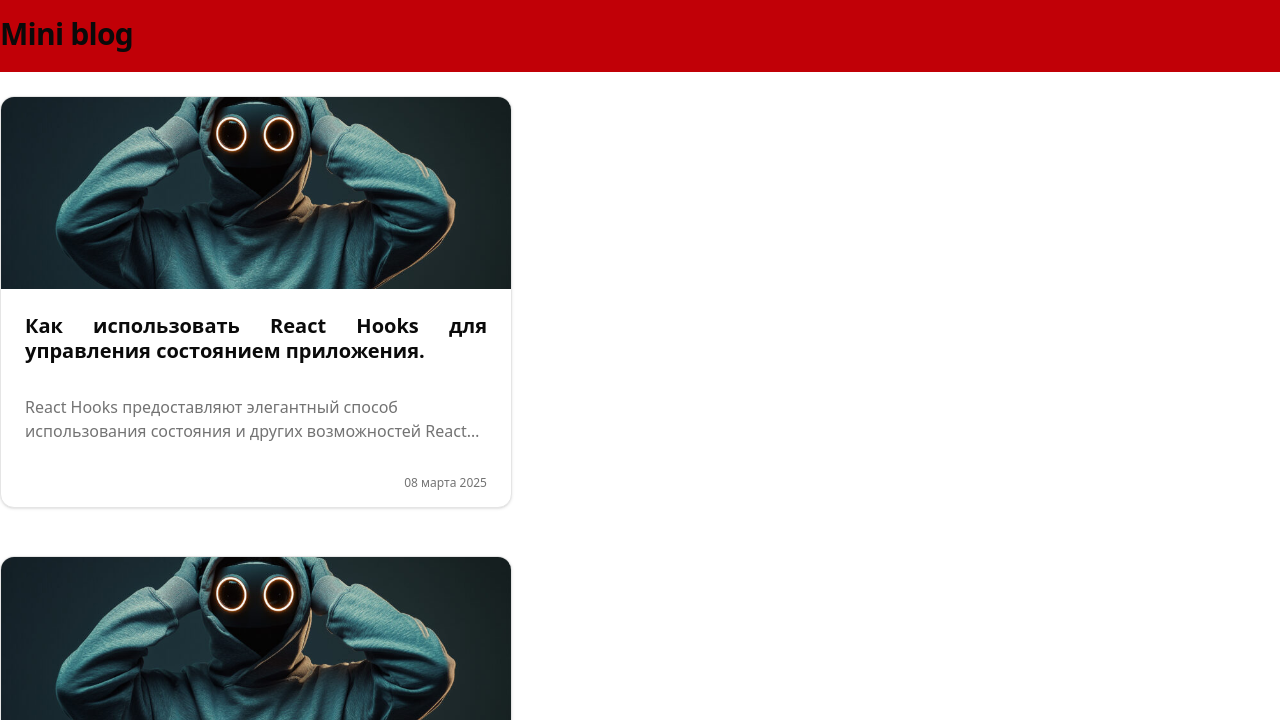
Repository: maxempolk/Telegram-channel
Page: /
These files come from the project's save history. The page is drawn as it stood at one moment and after the next save; the edit follows.
The browser window is 1280 px wide. The pictures show the whole page.
An inner scrolling area shows only its first screen. The project was rebuilt for these pictures with package versions that can differ from the ones it lists, and the page was loaded fresh each time. The framework's server and built-in components were replaced by stand-ins that run in the browser. Also part of the build but not shown: next.config.ts.

Above is the page before, as saved 2025-03-08 02:14:49.

### src/app/layout.tsx
import type { Metadata } from 'next';
import { Geist, Geist_Mono } from 'next/font/google';
import './globals.css';
import Header from '@/components/header/Header';
import Footer from '@/components/footer/Footer';

const geistSans = Geist({
  variable: '--font-geist-sans',
  subsets: ['latin'],
});

const geistMono = Geist_Mono({
  variable: '--font-geist-mono',
  subsets: ['latin'],
});

export const metadata: Metadata = {
  title: 'Create Next App',
  description: 'Generated by create next app',
};

export default function RootLayout({
  children,
}: Readonly<{
  children: React.ReactNode;
}>) {
  return (
    <html lang="en">
      <body className={`${geistSans.variable} ${geistMono.variable} antialiased`}>
        <div className="flex flex-col w-full h-screen overflow-x-hidden">
          <Header />
          <main className="container mx-auto py-6 grow">{children}</main>
          <Footer />
        </div>
      </body>
    </html>
  );
}

### src/app/page.tsx
import BlogPost from '@/components/post/Post';
import { Button } from '@/components/ui/button';
import { BlogPostType } from '@/types/post';

export default function Home() {
  const blogPosts: BlogPostType[] = [
    {
      id: 1,
      title: 'Как использовать React Hooks для управления состоянием приложения.',
      excerpt:
        'React Hooks предоставляют элегантный способ использования состояния и других возможностей React без написания классов.',
      date: '08 марта 2025',
      imageUrl: '/image.jpg',
      tags: ['React', 'Hooks', 'Frontend'],
    },
    {
      id: 2,
      title: 'Создание API с помощью FastAPI: практическое руководство.',
      excerpt:
        'FastAPI — это современный, быстрый (высокопроизводительный) веб-фреймворк для создания API с Python.',
      date: '06 марта 2025',
      imageUrl: '/image.jpg',
      tags: ['Python', 'FastAPI', 'Backend'],
    },
    {
      id: 3,
      title: 'Next.js 14: что нового и как это использовать в ваших проектах.',
      excerpt: 'Next.js 14 вносит значительные улучшения в производительность и опыт разработчика.',
      date: '01 марта 2025',
      imageUrl: '/image.jpg',
      tags: ['Next.js', 'Frontend', 'React'],
    },
    {
      id: 4,
      title: 'Tailwind CSS и shadcn/ui: создание красивых и функциональных интерфейсов.',
      excerpt:
        'Tailwind CSS в сочетании с компонентами shadcn/ui позволяет быстро создавать современные интерфейсы.',
      date: '25 февраля 2025',
      imageUrl: '/image.jpg',
      tags: ['CSS', 'UI/UX', 'Frontend'],
    },
  ];

  return (
    <>
      <div className="grid grid-cols-1 gap-6">
        {blogPosts.map(post => (
          <BlogPost key={post.id} post={post} />
        ))}
      </div>

      <div className="flex justify-center mt-10">
        <Button variant="outline" className="rounded-full px-6">
          Загрузить еще
        </Button>
      </div>
    </>
  );
}

### src/app/globals.css
@import 'tailwindcss';

@plugin "tailwindcss-animate";

@custom-variant dark (&:is(.dark *));

@theme inline {
  --color-background: var(--background);
  --color-foreground: var(--foreground);
  --font-sans: var(--font-geist-sans);
  --font-mono: var(--font-geist-mono);
  --color-sidebar-ring: var(--sidebar-ring);
  --color-sidebar-border: var(--sidebar-border);
  --color-sidebar-accent-foreground: var(--sidebar-accent-foreground);
  --color-sidebar-accent: var(--sidebar-accent);
  --color-sidebar-primary-foreground: var(--sidebar-primary-foreground);
  --color-sidebar-primary: var(--sidebar-primary);
  --color-sidebar-foreground: var(--sidebar-foreground);
  --color-sidebar: var(--sidebar);
  --color-chart-5: var(--chart-5);
  --color-chart-4: var(--chart-4);
  --color-chart-3: var(--chart-3);
  --color-chart-2: var(--chart-2);
  --color-chart-1: var(--chart-1);
  --color-ring: var(--ring);
  --color-input: var(--input);
  --color-border: var(--border);
  --color-destructive-foreground: var(--destructive-foreground);
  --color-destructive: var(--destructive);
  --color-accent-foreground: var(--accent-foreground);
  --color-accent: var(--accent);
  --color-muted-foreground: var(--muted-foreground);
  --color-muted: var(--muted);
  --color-secondary-foreground: var(--secondary-foreground);
  --color-secondary: var(--secondary);
  --color-primary-foreground: var(--primary-foreground);
  --color-primary: var(--primary);
  --color-popover-foreground: var(--popover-foreground);
  --color-popover: var(--popover);
  --color-card-foreground: var(--card-foreground);
  --color-card: var(--card);
  --radius-sm: calc(var(--radius) - 4px);
  --radius-md: calc(var(--radius) - 2px);
  --radius-lg: var(--radius);
  --radius-xl: calc(var(--radius) + 4px);
}

:root {
  --background: oklch(1 0 0);
  --foreground: oklch(0.145 0 0);
  --card: oklch(1 0 0);
  --card-foreground: oklch(0.145 0 0);
  --popover: oklch(1 0 0);
  --popover-foreground: oklch(0.145 0 0);
  --primary: oklch(0.205 0 0);
  --primary-foreground: oklch(0.985 0 0);
  --secondary: oklch(0.97 0 0);
  --secondary-foreground: oklch(0.205 0 0);
  --muted: oklch(0.97 0 0);
  --muted-foreground: oklch(0.556 0 0);
  --accent: oklch(0.97 0 0);
  --accent-foreground: oklch(0.205 0 0);
  --destructive: oklch(0.577 0.245 27.325);
  --destructive-foreground: oklch(0.577 0.245 27.325);
  --border: oklch(0.922 0 0);
  --input: oklch(0.922 0 0);
  --ring: oklch(0.708 0 0);
  --chart-1: oklch(0.646 0.222 41.116);
  --chart-2: oklch(0.6 0.118 184.704);
  --chart-3: oklch(0.398 0.07 227.392);
  --chart-4: oklch(0.828 0.189 84.429);
  --chart-5: oklch(0.769 0.188 70.08);
  --radius: 0.625rem;
  --sidebar: oklch(0.985 0 0);
  --sidebar-foreground: oklch(0.145 0 0);
  --sidebar-primary: oklch(0.205 0 0);
  --sidebar-primary-foreground: oklch(0.985 0 0);
  --sidebar-accent: oklch(0.97 0 0);
  --sidebar-accent-foreground: oklch(0.205 0 0);
  --sidebar-border: oklch(0.922 0 0);
  --sidebar-ring: oklch(0.708 0 0);
}

.dark {
  --background: oklch(0.145 0 0);
  --foreground: oklch(0.985 0 0);
  --card: oklch(0.145 0 0);
  --card-foreground: oklch(0.985 0 0);
  --popover: oklch(0.145 0 0);
  --popover-foreground: oklch(0.985 0 0);
  --primary: oklch(0.985 0 0);
  --primary-foreground: oklch(0.205 0 0);
  --secondary: oklch(0.269 0 0);
  --secondary-foreground: oklch(0.985 0 0);
  --muted: oklch(0.269 0 0);
  --muted-foreground: oklch(0.708 0 0);
  --accent: oklch(0.269 0 0);
  --accent-foreground: oklch(0.985 0 0);
  --destructive: oklch(0.396 0.141 25.723);
  --destructive-foreground: oklch(0.637 0.237 25.331);
  --border: oklch(0.269 0 0);
  --input: oklch(0.269 0 0);
  --ring: oklch(0.439 0 0);
  --chart-1: oklch(0.488 0.243 264.376);
  --chart-2: oklch(0.696 0.17 162.48);
  --chart-3: oklch(0.769 0.188 70.08);
  --chart-4: oklch(0.627 0.265 303.9);
  --chart-5: oklch(0.645 0.246 16.439);
  --sidebar: oklch(0.205 0 0);
  --sidebar-foreground: oklch(0.985 0 0);
  --sidebar-primary: oklch(0.488 0.243 264.376);
  --sidebar-primary-foreground: oklch(0.985 0 0);
  --sidebar-accent: oklch(0.269 0 0);
  --sidebar-accent-foreground: oklch(0.985 0 0);
  --sidebar-border: oklch(0.269 0 0);
  --sidebar-ring: oklch(0.439 0 0);
}

@layer base {
  * {
    @apply border-border outline-ring/50;
  }
  body {
    @apply bg-background text-foreground;
  }
}

### src/components/header/Header.tsx
const Header = () => {
  return (
    <header className="sticky container mx-auto py-4 bg-red-700">
      <h1 className="text-3xl font-bold tracking-tight mb-1">Mini blog</h1>
    </header>
  );
};

export default Header;

### src/components/footer/Footer.tsx
const Footer = () => {
  return (
    <footer className="border-t mt-12">
      <div className="container mx-auto py-6 text-center text-sm text-muted-foreground">
        © 2025 Минималистичный Блог • Создано с использованием Next.js и shadcn/ui
      </div>
    </footer>
  );
};

export default Footer;

### src/components/post/Post.tsx
import Image from 'next/image';
import { Card, CardHeader, CardTitle, CardContent, CardFooter } from '../ui/card';
import { BlogPostType } from '@/types/post';
import { FC } from 'react';
import Link from 'next/link';

type BlogPostProps = {
  post: BlogPostType;
};

const BlogPost: FC<BlogPostProps> = ({ post }) => {
  return (
    <Card className="mb-6 overflow-hidden hover:shadow-md transition-shadow duration-300 max-w-128">
      <div className="relative h-48 w-full overflow-hidden">
        <Link href={`posts/${post.id}`}>
          <Image
            src={post.imageUrl}
            alt={post.title}
            className="w-full h-full object-cover transition-transform duration-300 hover:scale-110"
            width={400}
            height={400}
          />
        </Link>
      </div>
      <CardHeader className="pb-2">
        {/* <div className="flex flex-wrap gap-2 mb-2">
          {post.tags.map((tag: string) => (
            <Badge key={tag} variant="secondary" className="text-xs">
              {tag}
            </Badge>
          ))}
        </div> */}
        <CardTitle className="text-xl leading-tight line-clamp-2 text-justify">
          {post.title}
        </CardTitle>
      </CardHeader>
      <CardContent className="pb-2">
        <p className="text-muted-foreground line-clamp-2">{post.excerpt}</p>
      </CardContent>
      <CardFooter className="flex justify-end items-center pb-4">
        <span className="text-xs text-muted-foreground">{post.date}</span>
      </CardFooter>
    </Card>
  );
};

export default BlogPost;

### src/components/ui/button.tsx
import * as React from 'react';
import { Slot } from '@radix-ui/react-slot';
import { cva, type VariantProps } from 'class-variance-authority';

import { cn } from '@/lib/utils';

const buttonVariants = cva(
  "inline-flex items-center justify-center gap-2 whitespace-nowrap rounded-md text-sm font-medium transition-[color,box-shadow] disabled:pointer-events-none disabled:opacity-50 [&_svg]:pointer-events-none [&_svg:not([class*='size-'])]:size-4 shrink-0 [&_svg]:shrink-0 outline-none focus-visible:border-ring focus-visible:ring-ring/50 focus-visible:ring-[3px] aria-invalid:ring-destructive/20 dark:aria-invalid:ring-destructive/40 aria-invalid:border-destructive",
  {
    variants: {
      variant: {
        default: 'bg-primary text-primary-foreground shadow-xs hover:bg-primary/90',
        destructive:
          'bg-destructive text-white shadow-xs hover:bg-destructive/90 focus-visible:ring-destructive/20 dark:focus-visible:ring-destructive/40',
        outline:
          'border border-input bg-background shadow-xs hover:bg-accent hover:text-accent-foreground',
        secondary: 'bg-secondary text-secondary-foreground shadow-xs hover:bg-secondary/80',
        ghost: 'hover:bg-accent hover:text-accent-foreground',
        link: 'text-primary underline-offset-4 hover:underline',
      },
      size: {
        default: 'h-9 px-4 py-2 has-[>svg]:px-3',
        sm: 'h-8 rounded-md gap-1.5 px-3 has-[>svg]:px-2.5',
        lg: 'h-10 rounded-md px-6 has-[>svg]:px-4',
        icon: 'size-9',
      },
    },
    defaultVariants: {
      variant: 'default',
      size: 'default',
    },
  }
);

function Button({
  className,
  variant,
  size,
  asChild = false,
  ...props
}: React.ComponentProps<'button'> &
  VariantProps<typeof buttonVariants> & {
    asChild?: boolean;
  }) {
  const Comp = asChild ? Slot : 'button';

  return (
    <Comp
      data-slot="button"
      className={cn(buttonVariants({ variant, size, className }))}
      {...props}
    />
  );
}

export { Button, buttonVariants };

### src/components/ui/card.tsx
import * as React from 'react';

import { cn } from '@/lib/utils';

function Card({ className, ...props }: React.ComponentProps<'div'>) {
  return (
    <div
      data-slot="card"
      className={cn(
        'bg-card text-card-foreground flex flex-col gap-6 rounded-xl border shadow-sm',
        className
      )}
      {...props}
    />
  );
}

function CardHeader({ className, ...props }: React.ComponentProps<'div'>) {
  return (
    <div
      data-slot="card-header"
      className={cn('flex flex-col gap-1.5 px-6', className)}
      {...props}
    />
  );
}

function CardTitle({ className, ...props }: React.ComponentProps<'div'>) {
  return (
    <div
      data-slot="card-title"
      className={cn('leading-none font-semibold', className)}
      {...props}
    />
  );
}

function CardDescription({ className, ...props }: React.ComponentProps<'div'>) {
  return (
    <div
      data-slot="card-description"
      className={cn('text-muted-foreground text-sm', className)}
      {...props}
    />
  );
}

function CardContent({ className, ...props }: React.ComponentProps<'div'>) {
  return <div data-slot="card-content" className={cn('px-6', className)} {...props} />;
}

function CardFooter({ className, ...props }: React.ComponentProps<'div'>) {
  return (
    <div data-slot="card-footer" className={cn('flex items-center px-6', className)} {...props} />
  );
}

export { Card, CardHeader, CardFooter, CardTitle, CardDescription, CardContent };

Loaded but not shown: src/lib/utils.ts (common file)

After the next save:
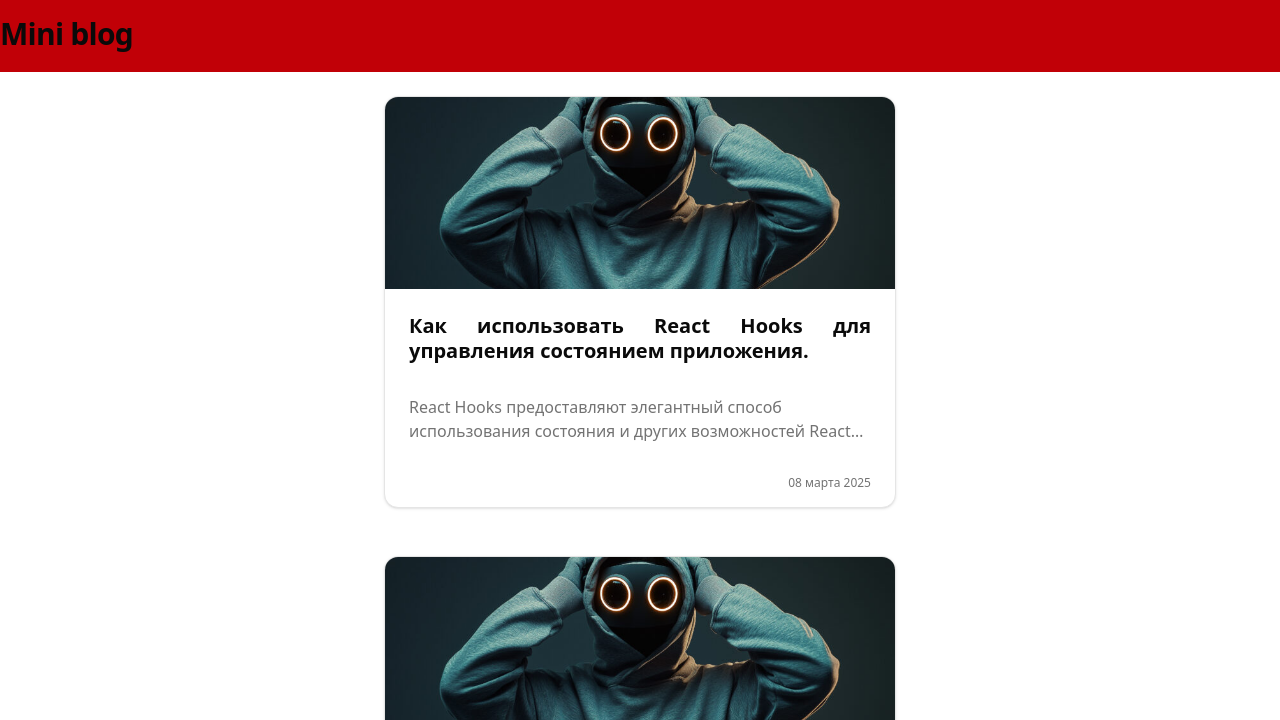
Saved 23 s later.
--- a/src/components/post/Post.tsx
+++ b/src/components/post/Post.tsx
@@ -10,7 +10,7 @@ type BlogPostProps = {
 
 const BlogPost: FC<BlogPostProps> = ({ post }) => {
   return (
-    <Card className="mb-6 overflow-hidden hover:shadow-md transition-shadow duration-300 max-w-128">
+    <Card className="mx-auto mb-6 overflow-hidden hover:shadow-md transition-shadow duration-300 max-w-128">
       <div className="relative h-48 w-full overflow-hidden">
         <Link href={`posts/${post.id}`}>
           <Image
